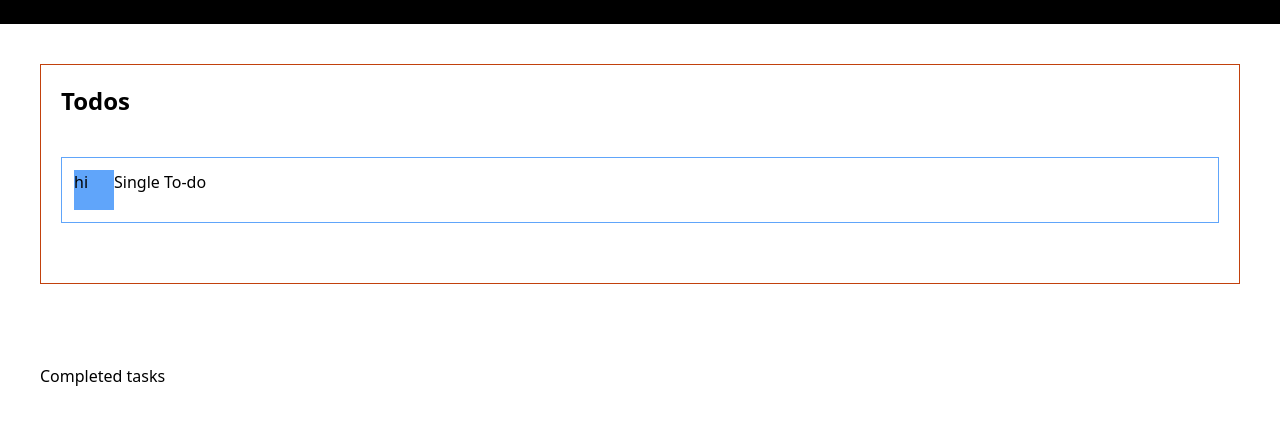
Repository: thekingisherenow/personalTodo
Page: /
These files come from the project's save history. The page is drawn as it stood at one moment and after the next save; the edit follows.
The browser window is 1280 px wide. The pictures show the whole page.
The project was rebuilt for these pictures with package versions that can differ from the ones it lists, and the page was loaded fresh each time. The framework's server and built-in components were replaced by stand-ins that run in the browser. Also part of the build but not shown: next.config.js, styles/Home.module.css.

Above is the page before, as saved 2022-12-15 15:57:27.

After the next save:
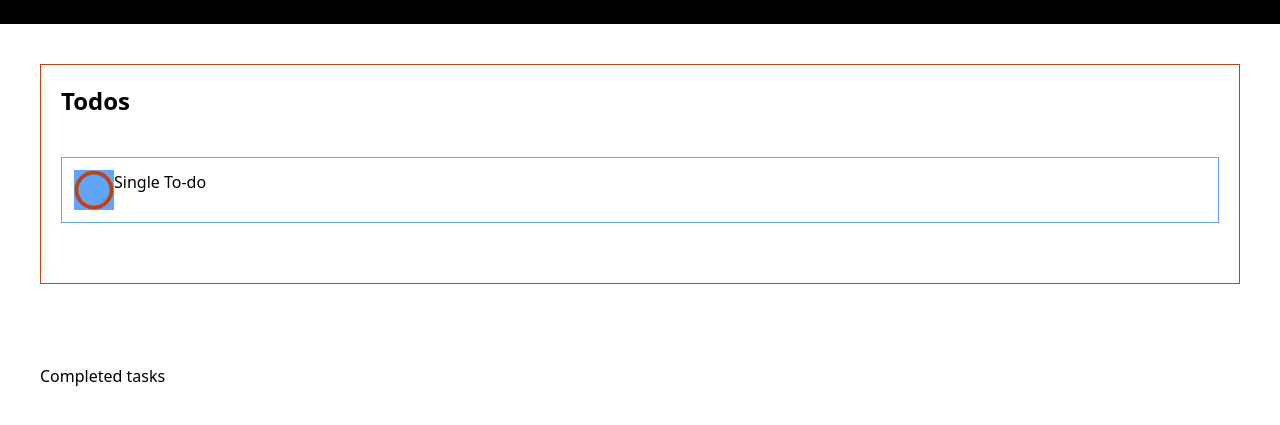
Saved 65 s later.
--- a/components/Todo.js
+++ b/components/Todo.js
@@ -15,8 +15,8 @@ function Todo() {
 <CheckCircleIcon
 className=' text-orange-700 w-10 h-10 ' /> :
 <>
-{/* <FaRegCircle className='w-10 text-orange-700 h-10' /> */}
-<span>hi</span>
+<FaRegCircle className='w-10 text-orange-700 h-10' />
+{/* <span>hi</span> */}
 </>
 }
 </div>
